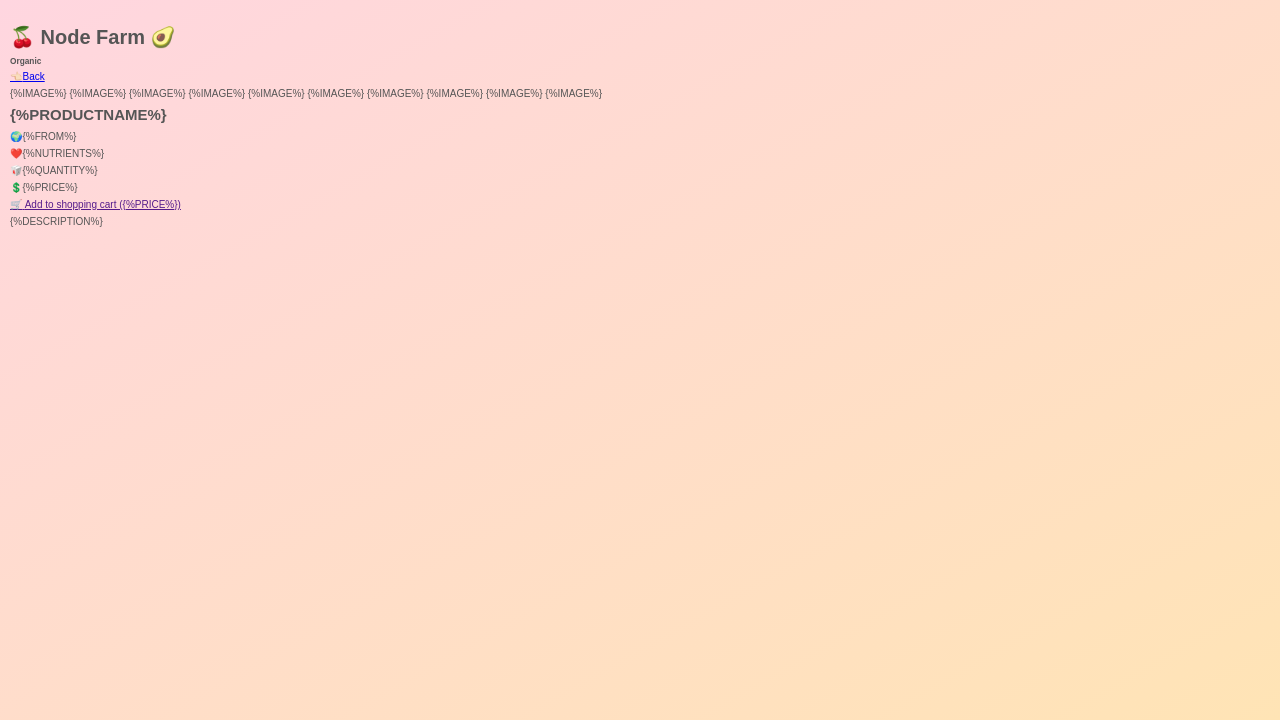
Repository: Kubraaygun/NodeFarm_Backend
Page: templates/product.html
The author's editor kept a copy of each file at every save. The page is drawn from the files as they stood at one save, then again after the next save.
The browser window is 1280 px wide. The pictures show the whole page.

Above is the page before, as saved 2025-09-04 20:34:57.

### templates/product.html
<!DOCTYPE html>
<html lang="en">
  <head>
    <meta charset="UTF-8" />
    <meta name="viewport" content="width=device-width, initial-scale=1.0" />
    <title>{%PRODUCTNAME%} {%IMAGE%} /// NODE FARM</title>
    <style>
      *,
      *::before,
      *::after {
        margin: 0;
        padding: 0;
        box-sizing: inherit;
      }
      html {
        font-size: 10px;
        box-sizing: border-box;
      }
      body {
        padding: 20px 10px 10px;
        line-height: 1.7;
        font-family: sans-serif;
        color: #555;
        background: linear-gradient(to bottom right, #ffd6e0, #ffe4b5);
        min-height: 100vh;
      }
    </style>
  </head>
  <body>
    <div class="container">
      <h1>🍒 Node Farm 🥑</h1>
      <figure class="product">
        <div class="product__organic {%NOT_ORGANIC%}">
          <h5>Organic</h5>
        </div>
        <a href="/overview" class="product__back">
          <span class="emoji-left">👈🏻</span>Back</a
        >
        <div class="product__hero">
          <span class="product__emoji product__emoji--1">{%IMAGE%}</span>
          <span class="product__emoji product__emoji--2">{%IMAGE%}</span>
          <span class="product__emoji product__emoji--3">{%IMAGE%}</span>
          <span class="product__emoji product__emoji--4">{%IMAGE%}</span>
          <span class="product__emoji product__emoji--5">{%IMAGE%}</span>
          <span class="product__emoji product__emoji--6">{%IMAGE%}</span>
          <span class="product__emoji product__emoji--7">{%IMAGE%}</span>
          <span class="product__emoji product__emoji--8">{%IMAGE%}</span>
          <span class="product__emoji product__emoji--9">{%IMAGE%}</span>
          <span class="product__emoji product__emoji--10">{%IMAGE%}</span>
        </div>

        <h2 class="product__name">{%PRODUCTNAME%}</h2>
        <div class="product__details">
          <p><span class="emoji-left">🌍</span>{%FROM%}</p>
          <p><span class="emoji-left">❤️</span>{%NUTRIENTS%}</p>
          <p><span class="emoji-left">🥡</span>{%QUANTITY%}</p>
          <p><span class="emoji-left">💲</span>{%PRICE%}</p>
        </div>

        <a href="" class="product__link">
          <span class="emoji-left">🛒</span>
          <span>Add to shopping cart ({%PRICE%})</span>
        </a>
        <p class="product__description">{%DESCRIPTION%}</p>
      </figure>
    </div>
  </body>
</html>

After the next save:
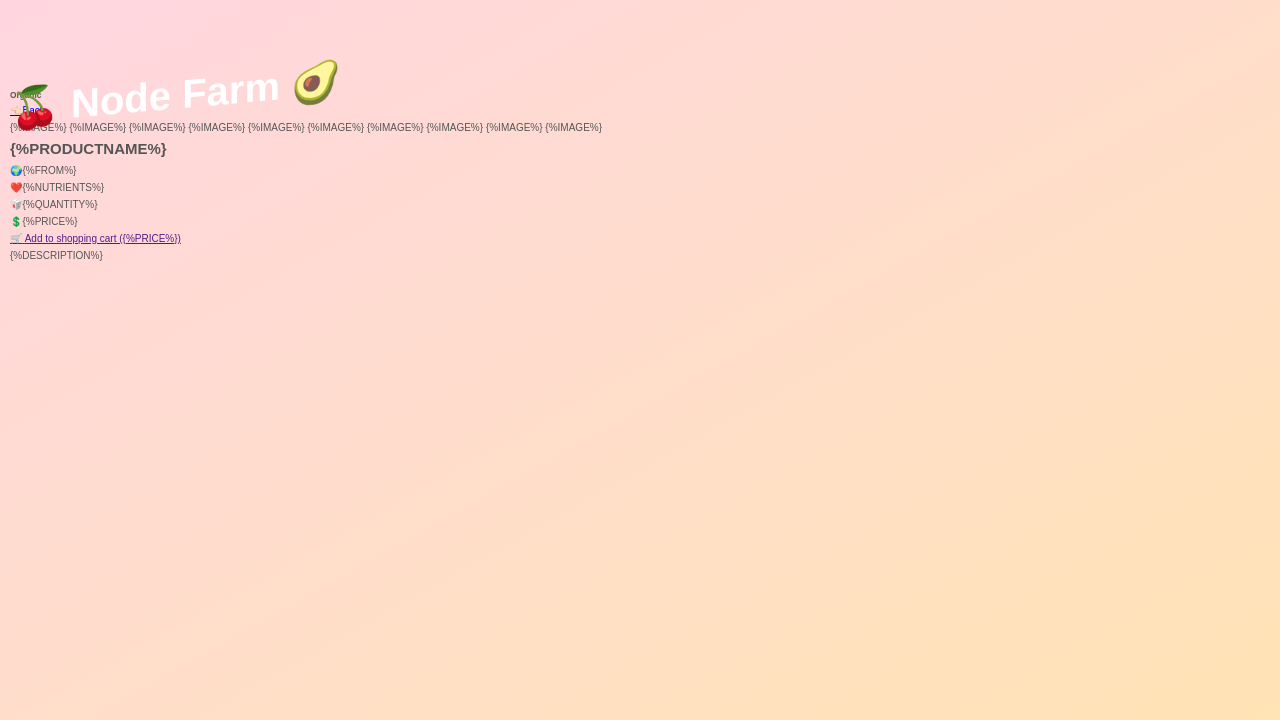
Saved 63 s later.
--- a/templates/product.html
+++ b/templates/product.html
@@ -23,6 +23,12 @@
         color: #555;
         background: linear-gradient(to bottom right, #ffd6e0, #ffe4b5);
         min-height: 100vh;
+      }
+
+      h1 {
+        font-size: 4rem;
+        color: white;
+        transform: skewY(-5deg);
       }
     </style>
   </head>
